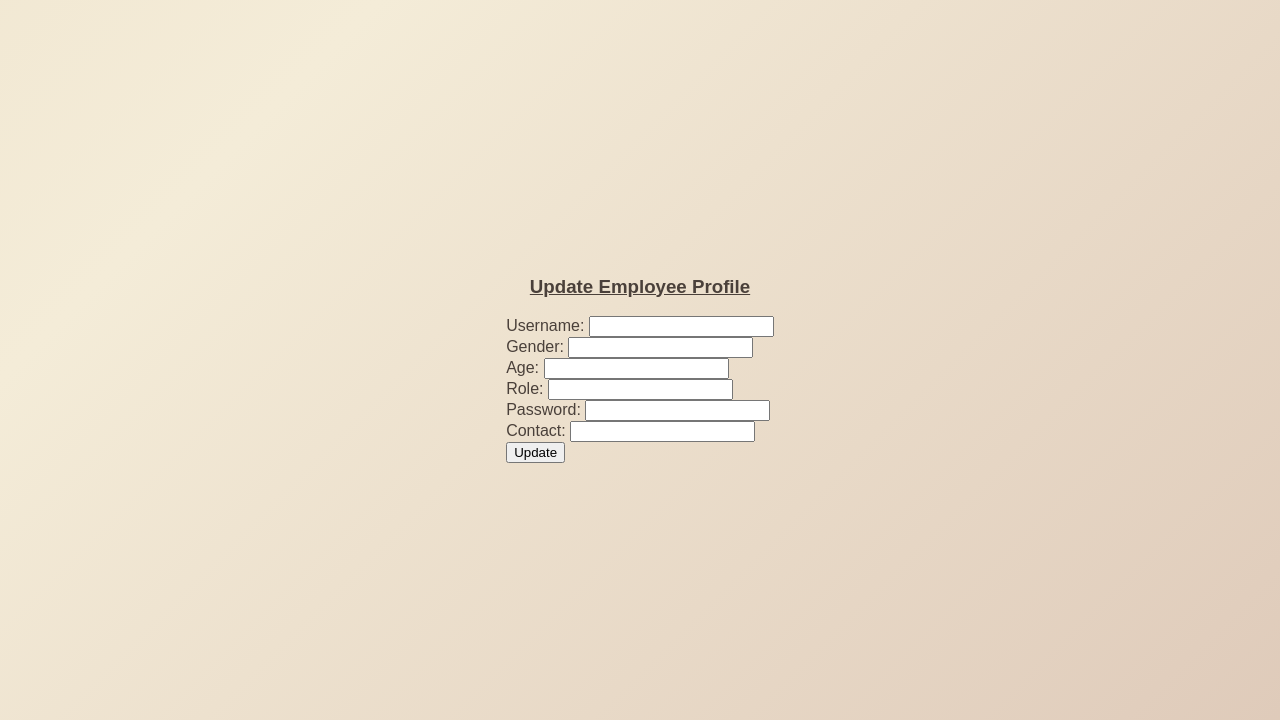
Repository: chaitanyasivathmika/NutrientDiet
Page: http://localhost/NutrientDiet/usersettings.jsp
An editor plug-in stored every save of this project. The page is shown before and after the next save, followed by the edit.
The browser window is 1280 px wide. The pictures show the whole page.
The page is served by Tomcat 10.

Above is the page before, as saved 2024-11-15 10:55:44.

After the next save:
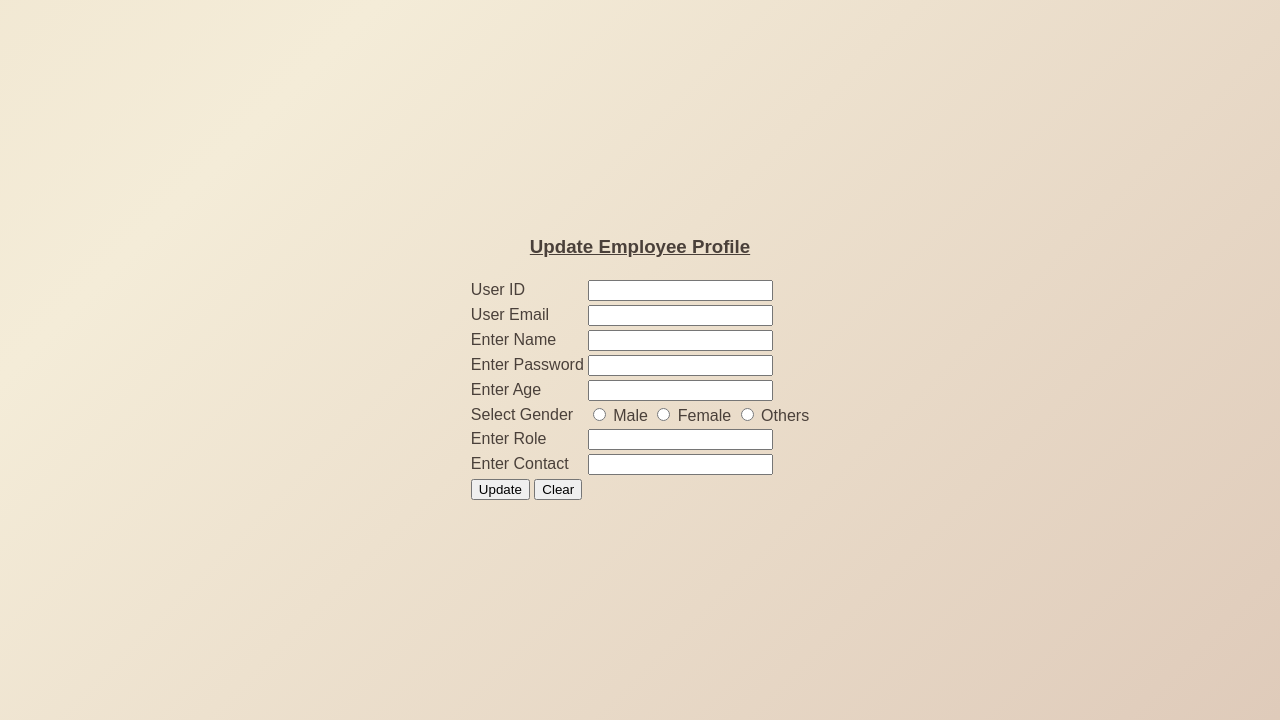
Saved 7 s later.
--- a/NutrientDiet/src/main/webapp/usersettings.jsp
+++ b/NutrientDiet/src/main/webapp/usersettings.jsp
@@ -104,23 +104,59 @@ User user = (User) session.getAttribute("user");
 
     <h3 style="text-align: center;"><u>Update Employee Profile</u></h3>
     <div class="form-container">
-        <form action="updateuserprofile" method="post">
-    <input type="hidden" name="id" value="${user.id}">
-    <label>Username:</label>
-    <input type="text" name="uname" value="${user.uusername}" required><br>
-    <label>Gender:</label>
-    <input type="text" name="ugender" value="${user.ugender}" required><br>
-    <label>Age:</label>
-    <input type="text" name="uage" value="${user.uage}" required><br>
-    <label>Role:</label>
-    <input type="text" name="urole" value="${user.urole}" required><br>
-    <label>Password:</label>
-    <input type="password" name="upassword" value="${user.upassword}" required><br>
-    <label>Contact:</label>
-    <input type="text" name="ucontact" value="${user.ucontact}" required><br>
-    <button type="submit">Update</button>
-</form>
+        <form method="post" action="updateuserprofile">
+            <table>
+                <tr>
+                    <td><label for="uid">User ID</label></td>
+                    <td><input type="number" id="uid" name="uid"  <%-- value="<%= us.getId() %>" --%> required/></td>
+                </tr>
+               <tr>
+                    <td><label for="uemail">User Email</label></td>
+                    <td><input type="email" id="uemail" name="uemail" <%-- value="<%= emp.getName() %>" --%> required/></td>
+                </tr>
+                <tr>
+                    <td><label for="uname">Enter Name</label></td>
+                    <td><input type="text" id="uname" name="uname" <%-- value="<%= emp.getDateofbirth() %>" --%> required/></td>
+                </tr>
+                <tr>
+                    <td><label for="upassword">Enter Password</label></td>
+                    <td><input type="password" id="upassword" name="upassword" <%-- value="<%= emp.getDateofbirth() %>" --%> required/></td>
+                </tr>
+                <tr>
+                    <td><label for="uage">Enter Age</label></td>
+                    <td><input type="text" id="uage" name="uage" <%-- value="<%= emp.getDateofbirth() %>" --%> required/></td>
+                </tr>
 
+                <tr>
+                    <td><label>Select Gender</label></td>
+                    <td>
+                        <input type="radio" id="male" name="ugender" value="MALE" <%-- <%= emp.getGender().equals("MALE") ? "checked" : "" --%>  required/>
+                        <label for="male">Male</label>
+                        <input type="radio" id="female" name="ugender" value="FEMALE" <%-- <%= emp.getGender().equals("FEMALE") ? "checked" : "" --%>  required/>
+                        <label for="female">Female</label>
+                        <input type="radio" id="others" name="ugender" value="OTHERS" <%-- <%= emp.getGender().equals("OTHERS") ? "checked" : "" --%>  required/>
+                        <label for="others">Others</label>
+                    </td>
+                </tr>
+
+
+                <tr>
+                    <td><label for="urole">Enter Role</label></td>
+                    <td><input type="text" id="urole" name="urole"  <%-- value="<%= emp.getSalary() %>" --%> required/></td>
+                </tr>
+                <tr>
+                    <td><label for="ucontact">Enter Contact</label></td>
+                    <td><input type="text" id="ucontact" name="ucontact" <%-- value="<%= emp.getLocation() %>" --%> required/></td>
+                </tr>
+
+                <tr>
+                    <td colspan="2" class="button-container">
+                        <input type="submit" value="Update"/>
+                        <input type="reset" value="Clear"/>
+                    </td>
+                </tr>
+            </table>
+        </form>
     </div>
 </body>
 </html>
